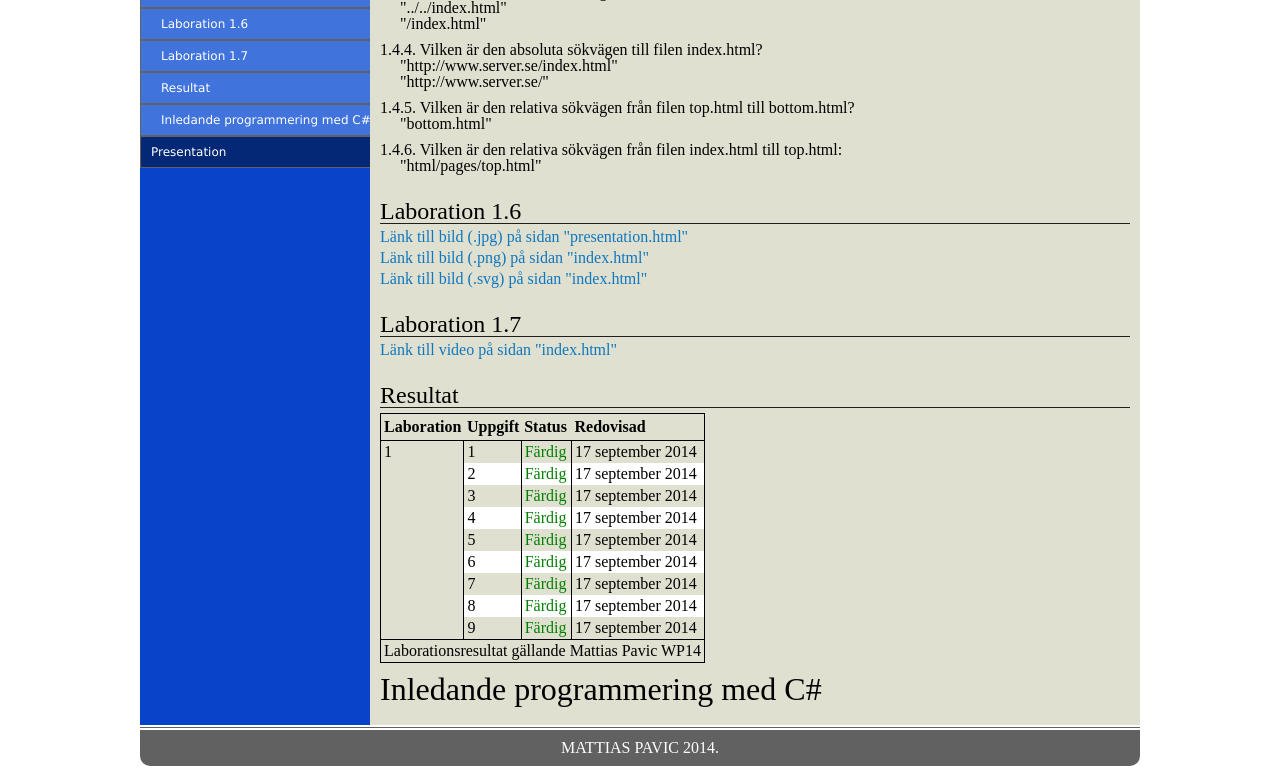
Repository: mp222sf/1ik415-laborationer
Page: pages/laborationer.html
The author's editor kept a record of every edit. The page is drawn from the files as they stood at one moment, then again after the next edit.
The browser window is 1280 px wide. The pictures show the part of the page from y = 407 to 1359 px (the page is 1183 px tall before and 1359 px after).

Above is the page before.

### pages/laborationer.html
<!doctype html>
<html lang="sv">
    <head>
        <meta charset="utf-8" />
        <title>Mattias Pavic</title>
        <link rel="stylesheet" href="../css/style.css" />
    </head>
    <body>
        <div id="cointainer">
            <div id="header">
                <h1>Mattias Pavic</h1>
                <h3>Laborationer</h3>
            </div>
            <div id="navigation_content">
            <div id="navigation">
                <h3>Meny</h3>
                <ul id="meny">
                <li><a href="../index.html">Hem</a></li>
                 <li><a href="kontakt.html">Kontakt</a></li>
                 <li><a id="current" href="laborationer.html">Laborationer</a></li>
                    <ul id="meny_lista">
                    <li><a href="#webbteknisk_introduktion">Webbteknisk introduktion</a></li>
                    <li><a href="#laboration_1.4">Laboration 1.4</a></li>
                    <li><a href="#laboration_1.6">Laboration 1.6</a></li>
                    <li><a href="#laboration_1.7">Laboration 1.7</a></li>
                    <li><a href="#resultat">Resultat</a></li>
                    <li><a href="#inledande_programmering_med_csharp">Inledande programmering med C#</a></li>
                    </ul>
                 <li><a href="presentation.html">Presentation</a></li>
                </ul>

            </div>
            <div id="content">

                <!--Här skriver vi infomationen om mina intressen.-->
                <h3 id="webbteknisk_introduktion">Webbteknisk introduktion</h3>

                <h4 id="laboration_1.4">Laboration 1.4</h4>

                <dl>
                    <dt>1.4.1. Vilken är den absoluta sökvägen till filen bottom.html? </dt>
                        <dd>"http://www.server.se/html/pages/bottom.html"</dd>
                    <dt>1.4.2. Vilken är den relativa sökvägen från filen default.html till filen top.html? </dt>
                        <dd>"pages/top.html" </dd>
                    <dt>1.4.3. Vilken är den relativa sökvägen från filen bottom.html till filen index.html? </dt>
                        <dd>"../../index.html"</dd>
                        <dd>"/index.html"</dd>
                    <dt>1.4.4. Vilken är den absoluta sökvägen till filen index.html? </dt>
                        <dd>"http://www.server.se/index.html"</dd>
                        <dd>"http://www.server.se/"</dd>
                    <dt>1.4.5. Vilken är den relativa sökvägen från filen top.html till bottom.html?</dt>
                        <dd>"bottom.html"</dd>
                    <dt>1.4.6. Vilken är den relativa sökvägen från filen index.html till top.html:</dt>
                        <dd>"html/pages/top.html"</dd>
                </dl>

                <h4 id="laboration_1.6">Laboration 1.6</h4>

                <p><a href="presentation.html#jag_presentation">Länk till bild (.jpg) på sidan "presentation.html"</a></p>
                <p><a href="../index.html#jag_logotype">Länk till bild (.png) på sidan "index.html"</a></p>
                <p><a href="../index.html#jag_svg">Länk till bild (.svg) på sidan "index.html"</a></p>


                <h4 id="laboration_1.7">Laboration 1.7</h4>

                <p><a href="../index.html#big_buck_bunny">Länk till video på sidan "index.html"</a></p>

                <h4 id="resultat">Resultat</h4>

                <table id="resultat_tabell">
                <thead>
                    <tr>
                        <th>Laboration</th>
                        <th>Uppgift</th>
                        <th>Status</th>
                        <th>Redovisad</th>
                    </tr>
                </thead>
                <tfoot>
                    <tr>
                        <td colspan="4">Laborationsresultat gällande Mattias Pavic WP14</td>
                    </tr>
                </tfoot>
                <tbody>
                    <tr>
                        <td rowspan="9">1</td>
                        <td>1</td>
                        <td><klar>Färdig</klar></td>
                        <td>17 september 2014</td>
                    </tr>
                    <tr>
                        <td>2</td>
                        <td><klar>Färdig</klar></td>
                        <td>17 september 2014</td>
                    </tr>
                    <tr>
                        <td>3</td>
                        <td><klar>Färdig</klar></td>
                        <td>17 september 2014</td>
                    </tr>
                    <tr>
                        <td>4</td>
                        <td><klar>Färdig</klar></td>
                        <td>17 september 2014</td>
                    </tr>
                    <tr>
                        <td>5</td>
                        <td><klar>Färdig</klar></td>
                        <td>17 september 2014</td>
                    </tr>
                    <tr>
                        <td>6</td>
                        <td><klar>Färdig</klar></td>
                        <td>17 september 2014</td>
                    </tr>
                    <tr>
                        <td>7</td>
                        <td><klar>Färdig</klar></td>
                        <td>17 september 2014</td>
                    </tr>
                    <tr>
                        <td>8</td>
                        <td><klar>Färdig</klar></td>
                        <td>17 september 2014</td>
                    </tr>
                    <tr>
                        <td>9</td>
                        <td><klar>Färdig</klar></td>
                        <td>17 september 2014</td>
                    </tr>
                </tbody>
                </table>

                <h3 id="inledande_programmering_med_csharp">Inledande programmering med C#</h3>
                </div>
                </div>
            <div id="footer">
            MATTIAS PAVIC 2014.
            </div>

        </div>

    </body>
</html>

### css/style.css
/* http://meyerweb.com/eric/tools/css/reset/
   v2.0 | 20110126
   License: none (public domain)
*/

html, body, div, span, applet, object, iframe,
h1, h2, h3, h4, h5, h6, p, blockquote, pre,
a, abbr, acronym, address, big, cite, code,
del, dfn, em, img, ins, kbd, q, s, samp,
small, strike, strong, sub, sup, tt, var,
b, u, i, center,
dl, dt, dd, ol, ul, li,
fieldset, form, label, legend,
table, caption, tbody, tfoot, thead, tr, th, td,
article, aside, canvas, details, embed,
figure, figcaption, footer, header, hgroup,
menu, nav, output, ruby, section, summary,
time, mark, audio, video {
	margin: 0;
	padding: 0;
	border: 0;
	font-size: 100%;
	font: inherit;
	vertical-align: baseline;
}
/* HTML5 display-role reset for older browsers */
article, aside, details, figcaption, figure,
footer, header, hgroup, menu, nav, section {
	display: block;
}
body {
	line-height: 1;
}
ol, ul {
	list-style: none;
}
blockquote, q {
	quotes: none;
}
blockquote:before, blockquote:after,
q:before, q:after {
	content: '';
	content: none;
}
table {
	border-collapse: collapse;
	border-spacing: 0;
}


a:link {
    color:#0E77BE;
    text-decoration: none;
}
a:visited {
    color:#0E77BE;
    text-decoration: none;

}

a:hover {
    color:black;
    text-decoration: underline;
}


/*
        COINTAINER
                        */
#cointainer {
    background-color:white;
    color:black;
    width:1000px;
    margin: 0 auto;
    text-align:left;

}





/*
        HEADER
                        */
#header {
    background-color:#0744C9;
    background-image: url('https://1ik415-laborationer-c9-mp222sf.c9.io/pics/jag_logotype.png');
    background-size: contain;
    background-repeat: no-repeat;
    color:white;
    text-align:left;
    height:150px;
    padding:10px;
    margin: 20px 0px 0px 0px;
    border-radius: 30px 30px 0px 0px;

    border-bottom: 5px double white;

}
#header h1 {
   font-size:72px;
   text-align: right;
   text-shadow: -3px 0 black, 0 3px black, 3px 0 black, 0 -3px black;
}
#header h3 {
   font-size:32px;
   text-align: right;
   text-shadow: -2px 0 black, 0 2px black, 2px 0 black, 0 -2px black;
}

#navigation_content {

    background-color:#0744C9;
    width:1000px;
    height:100%;
    float:left;



}
/*
        NAVIGATION
                        */
#navigation           {
    line-height:30px;
    background-color:#0744C9;
    width:230px;
    height:100%;
    float:left;
    padding:0px;
    color:white;
}
#navigation h3 {
   font-size:32px;
   margin-bottom:10px;
   margin-top:20px;
   margin-left:10px;
}
#navigation ul {
    list-style-type: square;
    margin-left:0px;
    font-size:12px;
}


#navigation li {
list-style: none;
margin: 0px 0 0px 0;
}
#navigation li a {
display: block;
width: 230px;
margin: 0;
padding: 0px 0px 0px 10px;
text-align: left;
font-family: "Lucida Grande", "Lucida Sans Unicode", Helvetica, Arial, sans-serif;
font-size: 12px;
color:#042875;
border-radius: 0px;
border: 1px solid #616161;
background: #042875;

}
#meny_lista li a {
display: block;
width: 230px;
margin: 0;
padding: 0px 0px 0px 20px;
text-align: left;
font-family: "Lucida Grande", "Lucida Sans Unicode", Helvetica, Arial, sans-serif;
font-size: 12px;
color:#4173DD;
border-radius: 0px;
border: 1px solid #616161;
background: #4173DD;

}
#navigation li a:hover {
cursor: pointer;
background:#0744C9;
color: white;
}
#navigation a:link, #navigation a:visited {
color: rgba(255,255,255,1);
text-decoration: none;
}
#navigation a:active {
color: rgba(250,191,12,1);
}
#navigation a#current {
background: white;
color:black;
}





/*
        CONTENT
                        */
#content {
    width:750px;
    height:100%;
    background-color:#E0E0D1;
    float:left;
    padding:10px;

}
#content p {

   margin-bottom:5px;
   margin-top:0px;
}
#content strong {
   margin-top: 20px;
   font-size:18px;



}
#content dt {
   margin-top: 10px;




}
#content dd {
    margin-left: 20px;
}
#content ul.little_list {
    list-style-type: square;
    margin-left: 30px;
}
#content li {
   margin-top: 10px;
}
#content li li {
   margin-top: 0px;



}
#content h3 {
   font-size:32px;
   margin-bottom:10px;
   margin-top:10px;
}
#content h4 {
   font-size:24px;
   margin-bottom:5px;
   margin-top:25px;
   border-bottom: 1px solid #1E1E1E;
}
#content h4.blogg {
   background-image: url('https://1ik415-laborationer-c9-mp222sf.c9.io/pics/jag_logotype.png');
   background-size: contain;
   background-repeat: no-repeat;
   font-size:24px;
   margin-bottom:5px;
   margin-top:25px;
   padding-left:45px;
}
#content p.bloggnamn {
font-style: italic;
text-align: right;
}

#content fieldset {
    border:1px solid black;
    padding: 5px;


}

#content legend {
    padding: 3px;
    margin-left: 5px;
    margin-right: 5px;
  color:black;
  font-size:90%;
  text-align:left;
  }


#resultat_tabell thead {
   font-weight:bold;
   padding: 3px;
   margin-top: 20px
   margin-bottom: 20px;
   border: 1px solid black;
}
#resultat_tabell th {
    padding-top: 5px;
    padding-left: 3px;
   padding-bottom: 5px;

}
#resultat_tabell tbody td {
   padding: 3px;
   border-left: 1px solid black;
   border-right: 1px solid black;
}
#resultat_tabell tfoot td {
   padding: 3px;
   border: 1px solid black;
}
#resultat_tabell tr:nth-child(even) {background: #fff}
#resultat_tabell tr:nth-child(odd) {background: #E0E0D1}
#resultat_tabell klar {
    color: green;
}



/*
        MEDIA
                        */

#big_buck_bunny {
    margin-bottom:10px;
    margin-top:10px;
}
#jag_presentation {
    width: 150px;
    border-radius: 30px 30px 30px 30px;

}
#london2013 {
    width: 200px;
    padding: 10px;
}

.right {
    float: right;
}

.left {
    float: left;
}




/*
        FOOTER
                        */
#footer {
    background-color:#616161;
    color:white;
    clear:both;
    text-align:center;
    padding:10px;
    margin: 0px 0px 10px 0px;
    border-radius: 0px 0px 10px 10px;
    border-top: 5px double white;
}

After the next edit:
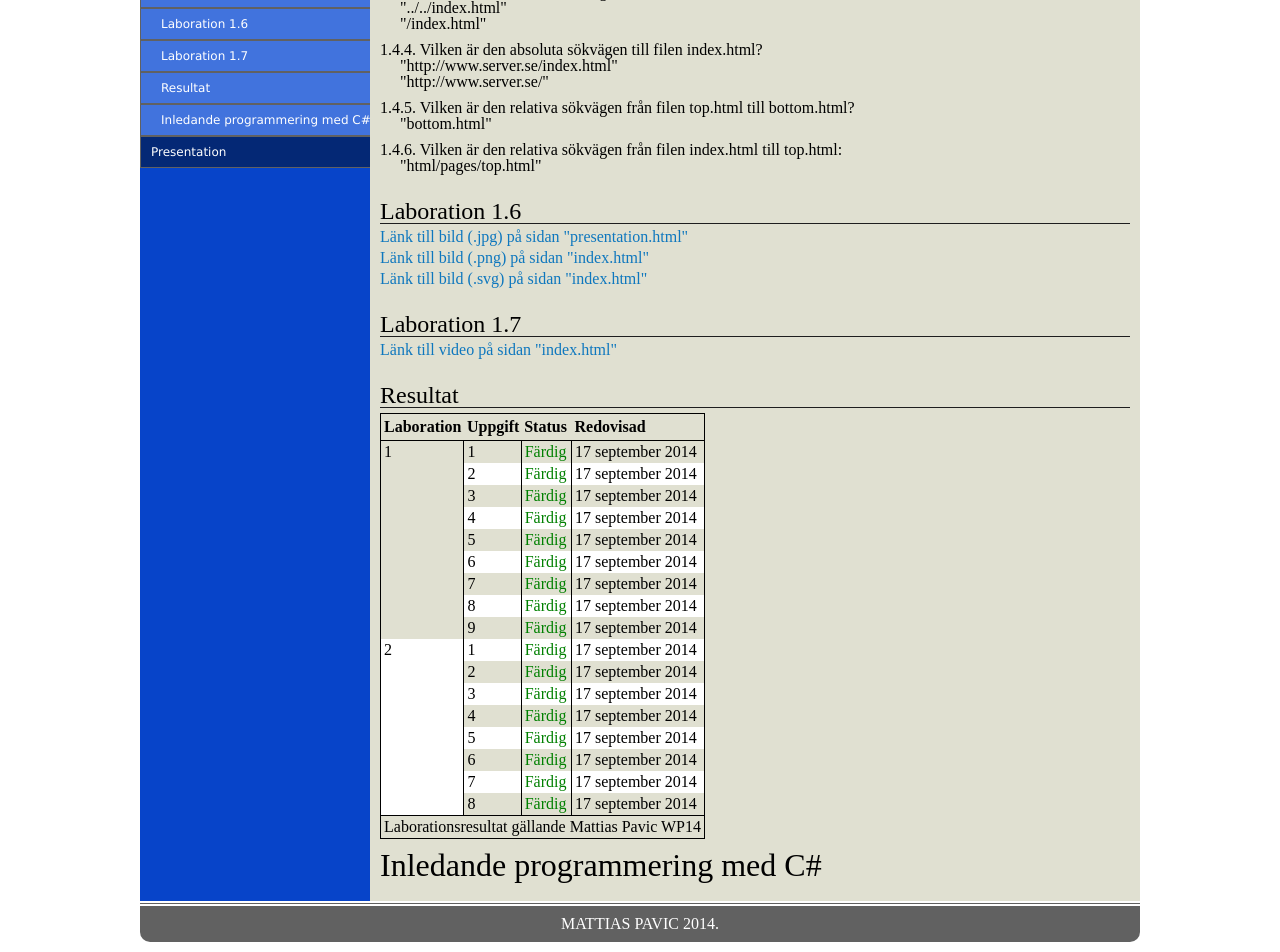
The edit:
--- a/pages/laborationer.html
+++ b/pages/laborationer.html
@@ -128,6 +128,48 @@
                         <td><klar>Färdig</klar></td>
                         <td>17 september 2014</td>
                     </tr>
+
+                    <tr>
+                        <td rowspan="9">2</td>
+                        <td>1</td>
+                        <td><klar>Färdig</klar></td>
+                        <td>17 september 2014</td>
+                    </tr>
+                    <tr>
+                        <td>2</td>
+                        <td><klar>Färdig</klar></td>
+                        <td>17 september 2014</td>
+                    </tr>
+                    <tr>
+                        <td>3</td>
+                        <td><klar>Färdig</klar></td>
+                        <td>17 september 2014</td>
+                    </tr>
+                    <tr>
+                        <td>4</td>
+                        <td><klar>Färdig</klar></td>
+                        <td>17 september 2014</td>
+                    </tr>
+                    <tr>
+                        <td>5</td>
+                        <td><klar>Färdig</klar></td>
+                        <td>17 september 2014</td>
+                    </tr>
+                    <tr>
+                        <td>6</td>
+                        <td><klar>Färdig</klar></td>
+                        <td>17 september 2014</td>
+                    </tr>
+                    <tr>
+                        <td>7</td>
+                        <td><klar>Färdig</klar></td>
+                        <td>17 september 2014</td>
+                    </tr>
+                    <tr>
+                        <td>8</td>
+                        <td><klar>Färdig</klar></td>
+                        <td>17 september 2014</td>
+                    </tr>
                 </tbody>
                 </table>
 
